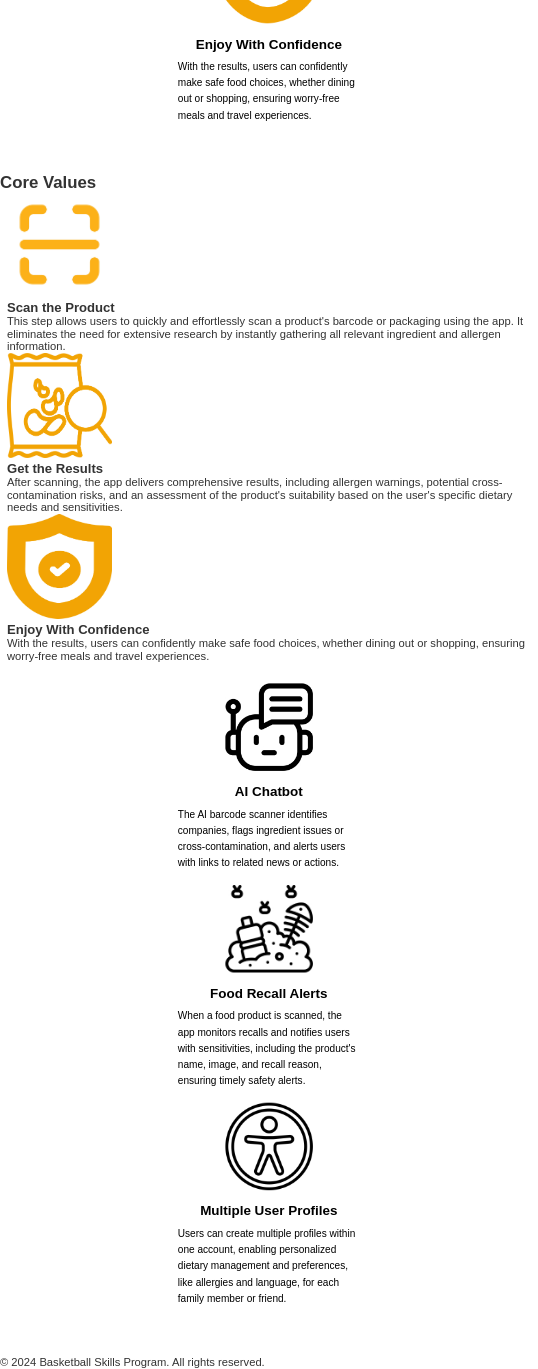
Repository: GavinPahal/landingpage
Page: /
These files come from the project's save history. The page is drawn as it stood at one moment and after the next save; the edit follows.
The browser window is 768 px wide. The pictures show the part of the page from y = 1956 to 4196 px (the page is 3911 px tall before and 4411 px after), at 70% of full size.
The project was rebuilt for these pictures with package versions that can differ from the ones it lists, and the page was loaded fresh each time. The framework's server and built-in components were replaced by stand-ins that run in the browser. Also part of the build but not shown: next.config.mjs.

Above is the page before, as saved 2024-11-28 18:32:35.

After the next save:
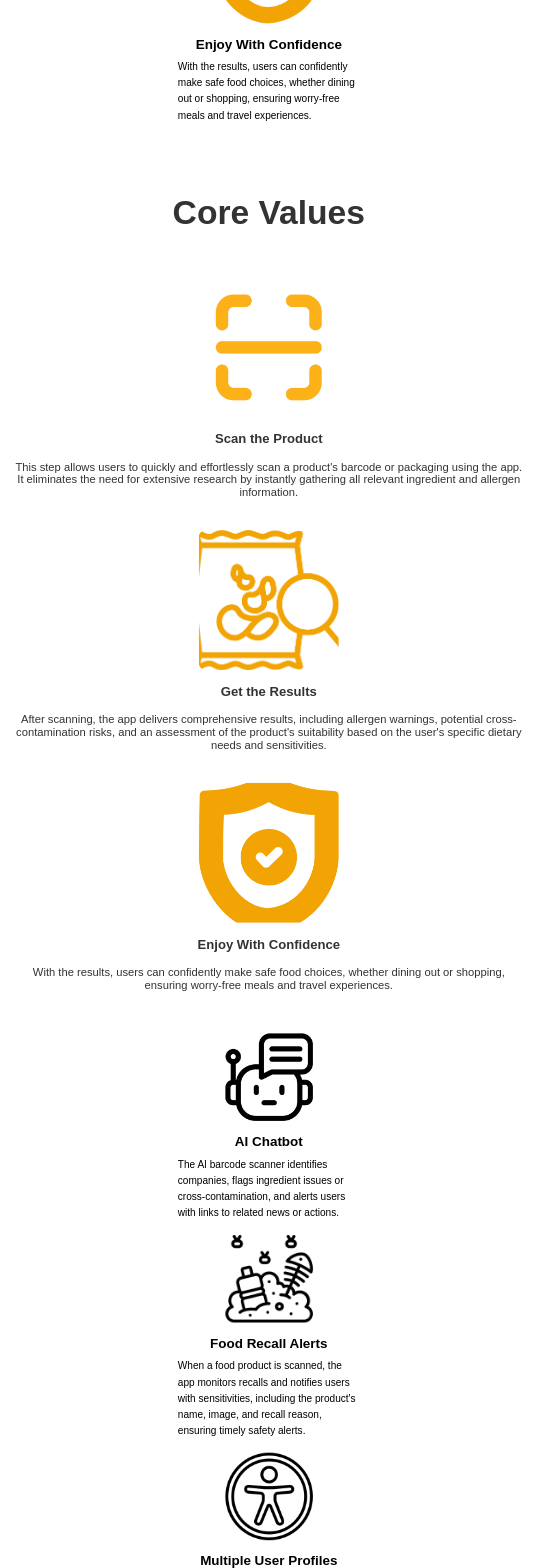
Saved 15 s later.
--- a/styles/globals.css
+++ b/styles/globals.css
@@ -265,6 +265,76 @@ body {
   text-align: left;
 }
 
+/* Core Values Section */
+.coreValues {
+  padding: 50px 20px;
+  text-align: center;
+}
+
+.coreMission h1 {
+  font-size: 3rem;
+  font-weight: bold;
+  color: #333;
+  margin-bottom: 50px;
+}
+
+/* Value Cards Section */
+.valueCards {
+  display: flex;
+  flex-direction: column;
+  gap: 30px;
+}
+
+.valueCard {
+  display: flex;
+  align-items: center;
+  justify-content: space-between;
+  text-align: left;
+  margin: 0 auto;
+  max-width: 800px;
+  gap: 20px;
+}
+
+.valueCard .textContent {
+  flex: 1;
+}
+
+.valueCard .textContent h3 {
+  font-size: 1.5rem;
+  font-weight: bold;
+  color: #333;
+  margin-bottom: 10px;
+}
+
+.valueCard .textContent p {
+  font-size: 1rem;
+  line-height: 1.6;
+  color: #555;
+}
+
+.valueCard img {
+  flex-shrink: 0;
+  width: 200px;
+  height: 200px;
+  object-fit: cover;
+  border-radius: 10px;
+}
+
+/* Responsive Design */
+@media (max-width: 768px) {
+  .coreValues {
+    padding: 30px 10px;
+  }
+
+  .valueCard {
+    flex-direction: column;
+    text-align: center;
+  }
+
+  .valueCard img {
+    margin-top: 15px;
+  }
+}
 
 
 @media (max-width: 1024px) {
